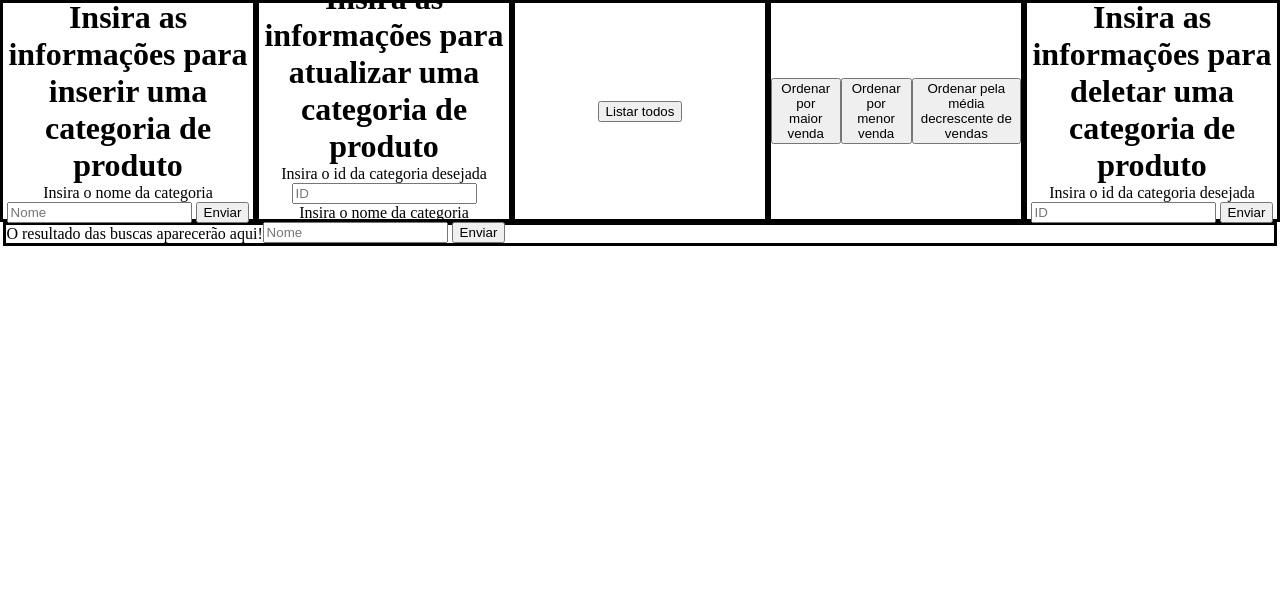
Repository: Matheus-Lacerda009/ERP-Financeiro
Page: Front/categoria_item/categoria_item.html
These files come from the project's save history. The page is drawn as it stood at one moment and after a run of saves; the edit follows.
The browser window is 1280 px wide. The pictures show the whole page.

Above is the page before, as saved 2026-07-13 19:43:49.

After the next 2 saves:
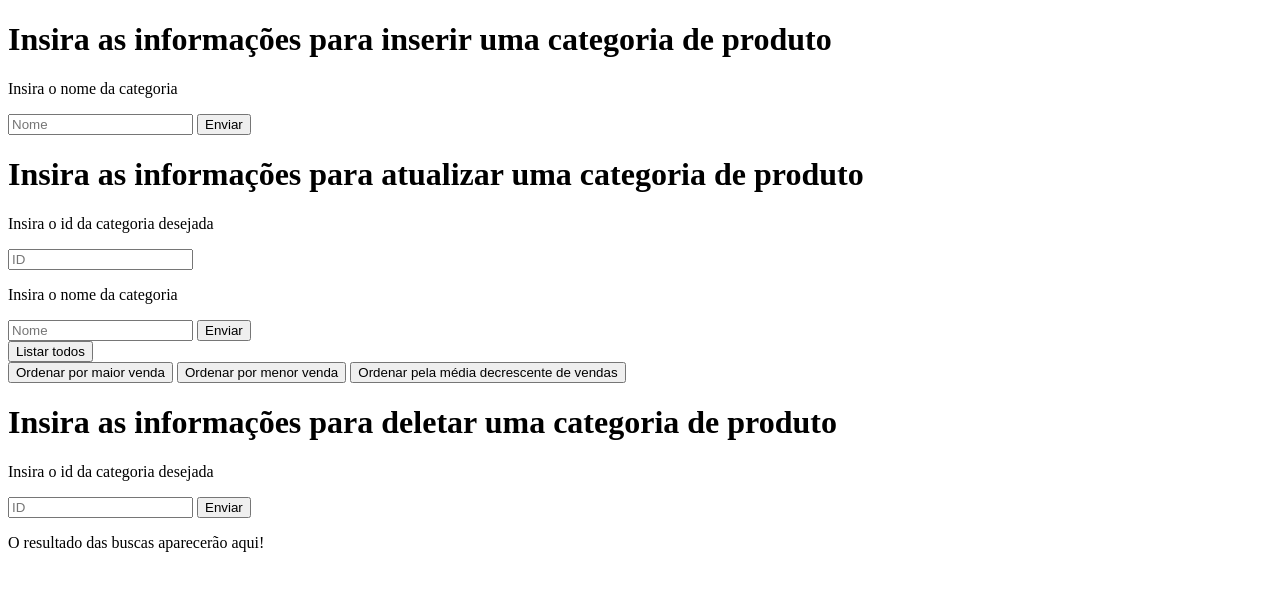
The 2 saves are shown as one change because they came seconds apart.
The last was saved 20 s later.
--- a/Front/categoria_item/categoria_item.css
+++ b/Front/categoria_item/categoria_item.css
@@ -1,4 +1,6 @@
-* {
+
+
+/* * {
     margin: 0;
     align-items: center;
 }
@@ -27,4 +29,4 @@
     height: 45%;
     border: 3px solid black;
     margin: auto;
-}
+} */
